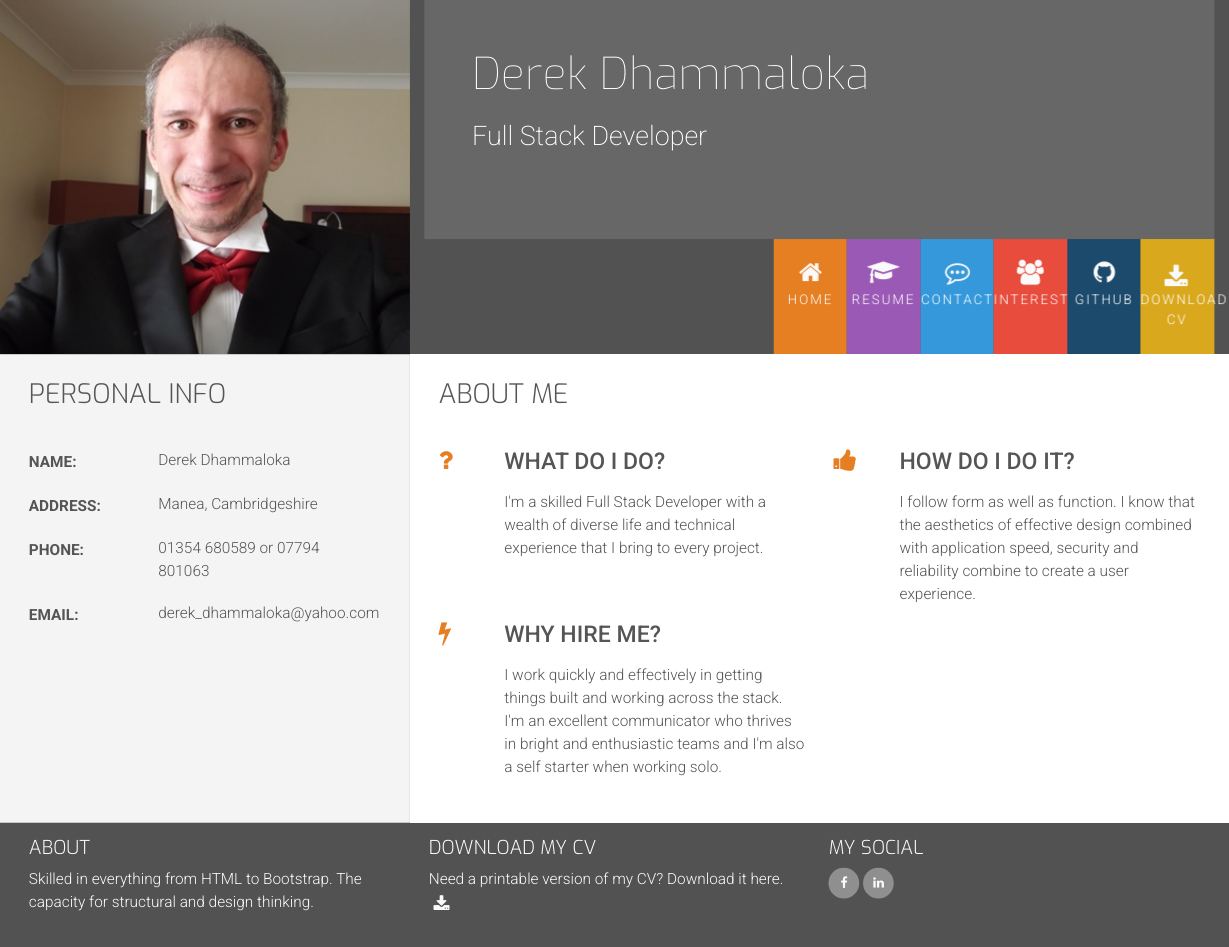
Repository: derektypist/derek-dhammaloka-cv
Page: index.html
The author's editor kept a record of every edit. The page is drawn from the files as they stood at one moment, then again after the next edit.
The browser window is 1280 px wide. The pictures show the whole page, at 96% of full size.
Some web libraries are served in a nearby version.

Above is the page before.

### index.html
<!DOCTYPE html>
<html>
    <head>
    <link rel="stylesheet" href="https://maxcdn.bootstrapcdn.com/bootstrap/4.3.1/css/bootstrap.min.css" integrity="sha384-ggOyR0iXCbMQv3Xipma34MD+dH/1fQ784/j6cY/iJTQUOhcWr7x9JvoRxT2MZw1T" crossorigin="anonymous">
    <link rel="stylesheet" href="https://maxcdn.bootstrapcdn.com/font-awesome/4.7.0/css/font-awesome.min.css" type="text/css" />
    <link rel="stylesheet" href="https://cdnjs.cloudflare.com/ajax/libs/hover.css/2.1.1/css/hover-min.css" type="text/css" />
    <link rel="stylesheet" href="assets/css/style.css" type="text/css" />
    <meta name="viewport" content="width=device-width, initial-scale=1">
    <title>Derek Dhammaloka CV - Home Page</title>
</head>
<body>
  <header class="container-fluid">

            <div class="row">

                <a class="col-md-4 logo" href="index.html" title="Derek Dhammaloka Home Page"></a>

                <div class="col-md-8">

                    <div class="row no-gutters bg-color-name-title">
                        <div class="col heading">
                            <h1 class="name">Derek Dhammaloka</h1>
                            <h2 class="title">Full Stack Developer</h2>
                        </div>
                    </div>

                    <div class="row no-gutters">
                        <div class="col"></div>

                        <ul class="list-inline menucontainer" id="nav">

                            <li class="col-6 col-sm-2 ui-menu-color-home menuitem list-inline-item">

                                <a href="index.html" class="hvr-sweep-to-bottom"><i class="fa fa-home" aria-hidden="true"></i><span>Home</span></a>

                            </li>

                            <li class="col-6 col-sm-2 ui-menu-color-resume menuitem list-inline-item">

                                <a href="resume.html" class="hvr-sweep-to-bottom"><i class="fa fa-graduation-cap" aria-hidden="true"></i><span>Resume</span></a>

                            </li>

                            <li class="col-6 col-sm-2 ui-menu-color-contact menuitem list-inline-item">

                                <a href="contact.html" class="hvr-sweep-to-bottom"><i class="fa fa-commenting-o" aria-hidden="true"></i><span>Contact</span></a>

                            </li>

                            <li class="col-6 col-sm-2 ui-menu-color-interests menuitem list-inline-item">
                                <a href="interests.html" class="hvr-sweep-to-bottom"><i class="fa fa-users" aria-hidden="true "></i><span>Interests</span></a>
                            </li>

                            <li class="col-6 col-sm-2 ui-menu-color-github menuitem list-inline-item">
                                <a href="github.html" class="hvr-sweep-to-bottom"><i class="fa fa-github" aria-hidden="true "></i><span>GitHub</span></a>
                            </li>

                            <li class="col-6 col-sm-2 ui-menu-color-download menuitem list-inline-item">

                                <a href="assets/cv/derekdhammaloka-cv.pdf" target="_blank" class="hvr-sweep-to-bottom"><span><i class="fa fa-download" aria-hidden="true"></i>Download CV</span></a>

                            </li>

                        </ul>

                    </div>

                </div>

            </div>

        </header>

    <section class="container-fluid">
            <div class="row">
                <div class="col-md-4 bg-color-personal-info section-column">
                    <div class="row">
                        <div class="col-12">
                            <h3 class="section-heading uppercase">Personal Info</h3>
                        </div>
                    </div>
                    <div class="personal-info-item">
                        <div class="key">
                            <p class="uppercase">Name:</p>
                        </div>
                        <div class="value">
                            <p>Derek Dhammaloka</p>
                        </div>
                    </div>
                    <div class="personal-info-item">
                        <div class="key">
                            <p class="uppercase">Address:</p>
                        </div>
                        <div class="value">
                            <p>Manea, Cambridgeshire</p>
                        </div>
                    </div>
                    <div class="personal-info-item">
                        <div class="key">
                            <p class="uppercase">Phone:</p>
                        </div>
                        <div class="value">
                            <p>01354 680589 or 07794 801063</p>
                        </div>
                    </div>
                    <div class="personal-info-item">
                        <div class="key">
                            <p class="uppercase">Email:</p>
                        </div>
                        <div class="value">
                            <p>derek_dhammaloka@yahoo.com</p>
                        </div>
                    </div>
                </div>
                <div class="col-md-8 bg-color-three-reasons section-column">
                    <div class="row">
                        <div class="col">
                            <h3 class="section-heading uppercase">About Me</h3>
                        </div>
                    </div>
                    <div class="row">
                        <div class="col-10 offset-1 offset-sm-0 col-sm-4 col-md-6">
                            <div class="row">
                                <div class="col-2">
                                    <i class="three-reasons-icons fa fa-question" aria-hidden="true"></i>
                                </div>
                                <div class="col-10">
                                    <h4 class="three-reasons-heading uppercase">What do I do?</h4>
                                    <p>
                                        I'm a skilled Full Stack Developer with a wealth of diverse
                                        life and technical experience that I bring to every project.
                                    </p>
                                </div>
                            </div>
                        </div>
                        <div class="col-10 offset-1 offset-sm-0 col-sm-4 col-md-6">
                                <div class="row">
                                    <div class="col-2">
                                        <i class="three-reasons-icons fa fa-thumbs-up" aria-hidden="true"></i>
                                    </div>
                                    <div class="col-10">
                                        <h4 class="three-reasons-heading uppercase">How do I do it?</h4>
                                        <p>
                                            I follow form as well as function.
                                            I know that the aesthetics of effective design combined with application speed,
                                            security and reliability combine to create a user experience.
                                        </p>
                                    </div>
                                </div>
                            </div>
                        <div class="col-10 offset-1 offset-sm-0 col-sm-4 col-md-6">
                            <div class="row">
                                <div class="col-2">
                                    <i class="three-reasons-icons fa fa-bolt" aria-hidden="true"></i>
                                </div>
                                <div class="col-10">
                                    <h4 class="three-reasons-heading uppercase">Why hire me?</h4>
                                    <p>
                                        I work quickly and effectively in getting things built and working across the stack.
                                        I'm an excellent communicator who thrives in bright and enthusiastic teams and I'm
                                        also a self starter when working solo.
                                    </p>
                                </div>
                            </div>
                        </div>
                    </div>
                </div>
            </div>
        </section>

    <footer class="container-fluid">
        <div class="row" id="footer-details">
            <div class="col-sm-4">
                <h5 class="uppercase general-sub">About</h5>
                <p class="inline-block">
                    Skilled in everything from HTML to Bootstrap.
                    The capacity for structural and design thinking.

                </p>
            </div>

            <div class="col-sm-4">
                <h5 class="uppercase general-sub">Download My CV</h5>
                <p class="inline-block">
                    Need a printable version of my CV?  Download it here.
                <a href="assets/cv/derekdhammaloka-cv.pdf" target="_blank" class="cv-pdf"><i class="fa fa-download" aria-hidden="true"></i></a>
                </p>

            </div>

            <div class="col-sm-4">
                <h5 class="uppercase general-sub">My Social</h5>
                <ul class="list-inline social-links">
                    <li class="list-inline-item"><a target="_blank" href="https://www.facebook.com/derek.dhammaloka"><i class="fa fa-facebook"></i></a></li>
                    <li class="list-inline-item"><a target="_blank" href="https://www.linkedin.com/in/derekdhammaloka"><i class="fa fa-linkedin"></i></a></li>
                </ul>

            </div>
        </div>
    </footer>
</body>
</html>

### assets/css/style.css
@import url('https://fonts.googleapis.com/css?family=Roboto:100,200,300,400,500,600,700|Exo:100,200,300,400,500,600,700');


/* Colors */

.bg-color-name-title {
    background-color: #676767;
}

.bg-color-three-reasons {
    background-color: #ffffff;
}

.ui-menu-color-home {

    background-color: #e67e22;

}


.ui-menu-color-resume {

    background-color: #9b59b6;

}



.ui-menu-color-contact {

    background-color: #3498db;

}


.ui-menu-color-download {

    background-color: #d9a81d;

}

.ui-menu-color-github {
    background-color: #1c4a6c;
}

.ui-menu-color-interests {
    background-color: #e74c3c;
}

.bg-color-personal-info {
    background-color: #f4f4f4;
}

.bg-color-work-history {
    background-color: #9b59b6;
}

.bg-color-contact {
    background-color: #ffffff;
}

.bg-color-conferences {

    background-color: #f4f4f4;

}


.bg-color-groups {

    background-color: #ffffff;

}

body {
    font-family: "Roboto", Arial, Verdana, sans-serif;
    font-weight: 300;
    background-color: #525252;
    color: #555555;
}

.section-column {
    display: table-cell;
    padding: 0 30px 30px;
    float: none;
}


/* Special Padding/Margins/Text */

h1, h2, h3, h4 {
    margin: 0;
}

.uppercase {
    text-transform: uppercase;
}

.general-sub {
    font-family: "Exo", Arial, Verdana, sans-serif;
    font-weight: 300;
    color: #fafafa;
}

.inline-block {
    display: inline-block;
}

.row-table {
    display: table;
}

.history-heading, .section-heading {
    font-family: "Exo", Arial, Verdana, sans-serif;
    font-weight: 300;
    margin-top: 25px;
    margin-bottom: 40px;
}

.text-center {
    text-align: center;
}

/* Heading */

header {
    margin: 0;
}



.heading {
    margin-left: 50px;
}


.logo {

    background: url("../images/derek.jpg");

    background-position: center;

    background-repeat: no-repeat;

    background-size: cover;

    min-height: 360px;


    transition: all .5s ease-in-out;

    -moz-transition: all .5s ease-in-out;
    -webkit-transition: all .5s ease-in-out;
    -o-transition: all .5s ease-in-out;

}

.name {
    font-family: "Exo", Arial, Verdana, sans-serif;
    font-weight: 100;
    font-size: 46px;
    margin-top: 50px;
    color: #ffffff;
}

.title {
    font-family: "Roboto", Arial, Verdana, sans-serif;
    font-weight: 200;
    font-size: 28px;
    margin-top: 20px;
    margin-bottom: 90px;
    color: #fff;
}

.list-inline-item:not(:last-child) {
    margin: 0;
}


.menucontainer {

    font-size: 0;

}
#nav {
    margin: 0;
}

#nav li {
    font-size: 14px;
    padding: 0;
}

.menuitem {
    height: 120px;
    text-align: center;
    padding: 0;
}

.menuitem a {
    width: 100%;
    text-decoration: none;
    color: #fff;
    height: 120px;
}

.menuitem a i {
    padding-top: 22px;
    display: block;
    color: #fafafa;
    font-size: 26px;
}

.menuitem span {
    display: block;
    width: 100%;
    padding-top: 5px;
    text-align: center;
    text-transform: uppercase;
    font-size: 14px;
    font-weight: 300;
    letter-spacing: 2px;
}

/* Hover.css */

.hvr-sweep-to-bottom:before {
    background: rgb(0, 0, 0);
    background: rgba(0, 0, 0, 0.2);
    height: 120px;
}

/* Footer */
footer {
    background-color: #525252;
    color: #fafafa;
    min-height: 120px;
    margin: 0;
}

footer .cv-pdf {
    color: #fafafa;
    text-align: center;
    font-size: 18px;
    padding-left: 5px;
}

footer .cv-pdf i:hover {
    color: #e84610;
    transition: all 0.35s ease-in-out;
    -moz-transition: all 0.35s ease-in-out;
    -webkit-transition: all 0.35s ease-in-out;
    -o-transition: all 0.35s ease-in-out;
}

.social-links {
    padding-bottom: 15px;
}

.social-links li a i {
    width: 32px;
    height: 32px;
    padding: 12px 0px;
    border-radius: 50%;
    font-size: 13px;
    line-height: 7px;
    text-align: center;
    color: #fafafa;
    background: #8f8f8f;
    transition: all 0.35s ease-in-out;
    -moz-transition: all 0.35s ease-in-out;
    -webkit-transition: all 0.35s ease-in-out;
    -o-transition: all 0.35s ease-in-out;

}

.social-links li a i:hover {
    background: #e84610;

}

#footer-details {
    padding: 15px;
}

/* Three Reasons */

.three-reasons-icons {
    font-size: 26px;
    color: #e67e22;
}

.three-reasons-heading {
    margin-bottom: 15px;
}

/* Personal Info */

.personal-info-item {
    margin-bottom: 20px;
    display: block;
    clear: both;
}



.personal-info-item .key, .personal-info-item .value {
    padding-right: 8px;
}

.personal-info-item .key p, .personal-info-item .value p {
    margin: 0;
}

.personal-info-item .key {
    display: inline-block;
    width: 30%;
    margin-right: 21px;
    padding-top: 2px;
    vertical-align: top;
}

.personal-info-item .key p {
    font-family: "Roboto", Arial, Verdana, sans-serif;
    font-weight: 700;

}

.personal-info-item .value {
    display: inline-block;
    position: relative;
    width: 60%;
}

/* Skills */

.progress {
    position: relative;
    height: 25px;
}

.progress-type {
    position: absolute;
    left: 0px;
    font-weight: 400;
    padding: 3px 30px 2px 10px;
    color: #fafafa;
    background-color: rgb(25, 25, 25);
    background-color: rgba(25, 25, 25, 0.2);
}

.progress-section {
    margin: 40px 20px;
}

/* Work History */

.timeline-item {
    padding: 4em 2em 0em 2em;
    position: relative;
    color: #fafafa;
    border-left: 1px solid;
}

.timeline-item p {
    padding: 0;
    margin: 0;
}

.timeline-item::before {
    content: attr(dates);
    position: absolute;
    left: 2.5em;
    top: 3em;
    display: block;
    font-family: "Exo", Arial, Verdana, sans-serif;
    font-weight: 500;
    font-size: .8em;
    padding: 0;
    margin: 0;
}

.timeline-item::after {
    width: 12px;
    height: 12px;
    display: block;
    top: 2.4em;
    position: absolute;
    left: -6px;
    border-radius: 12px;
    content: '';
    background: #fafafa;
}

.history-heading {
    color: #fafafa;
    margin-bottom: 50px;
}

.history-items {
    margin-bottom: 30px;
}

/* Interests */
.interest-links {
    text-decoration: none;
    color: #3498db;
}

.interest-links:hover {
    color: #e67e22;
}


/* Contact */

.contact-heading {
    font-family: "Exo", Arial, Verdana, sans-serif;
    font-weight: 300;
    margin-top: 25px;
    margin-bottom: 20px;
}

.center-form {
    padding-top: 10px;
    margin: 0 auto;
    max-width: 70%;
}

button[type="submit"] {
    margin-top: 15px;
    margin-bottom: 20px;
    background-color: #e84610;
    color: #fafafa;
}

/* Media Queries */

@media (min-width: 992px) {
    .section-column {
        padding: 0 30px 30px;
        float: none;
        display: table-cell;
    }

    .center-form {
    padding-top: 30px;
    min-height: 240px;
    margin: 0 auto;
    max-width: 50%;
}

}

/* Maps */
div#map {
    min-height: 360px;

}

After the next edit:
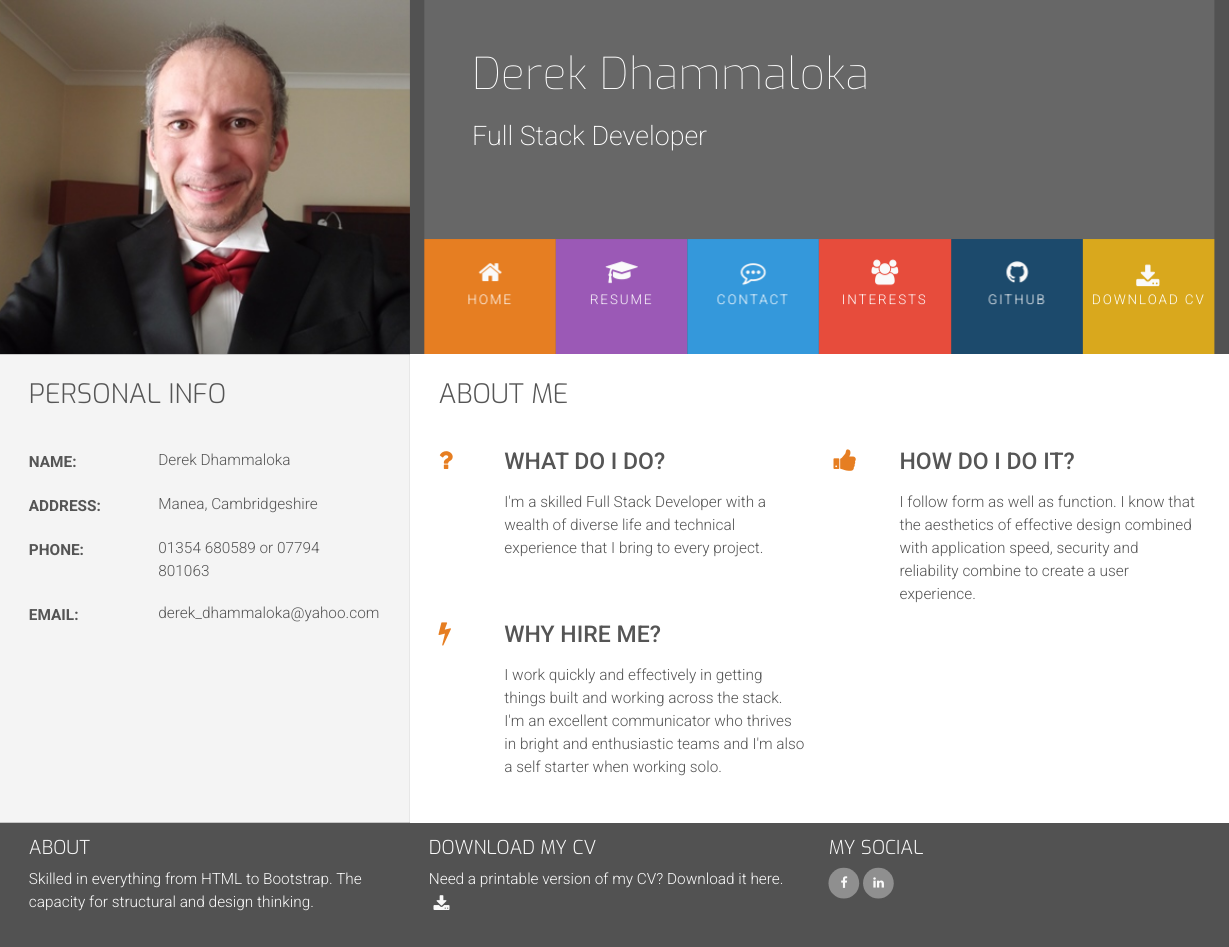
The edit:
--- a/index.html
+++ b/index.html
@@ -25,7 +25,7 @@
                     </div>
 
                     <div class="row no-gutters">
-                        <div class="col"></div>
+                        <div class="col">
 
                         <ul class="list-inline menucontainer" id="nav">
 
